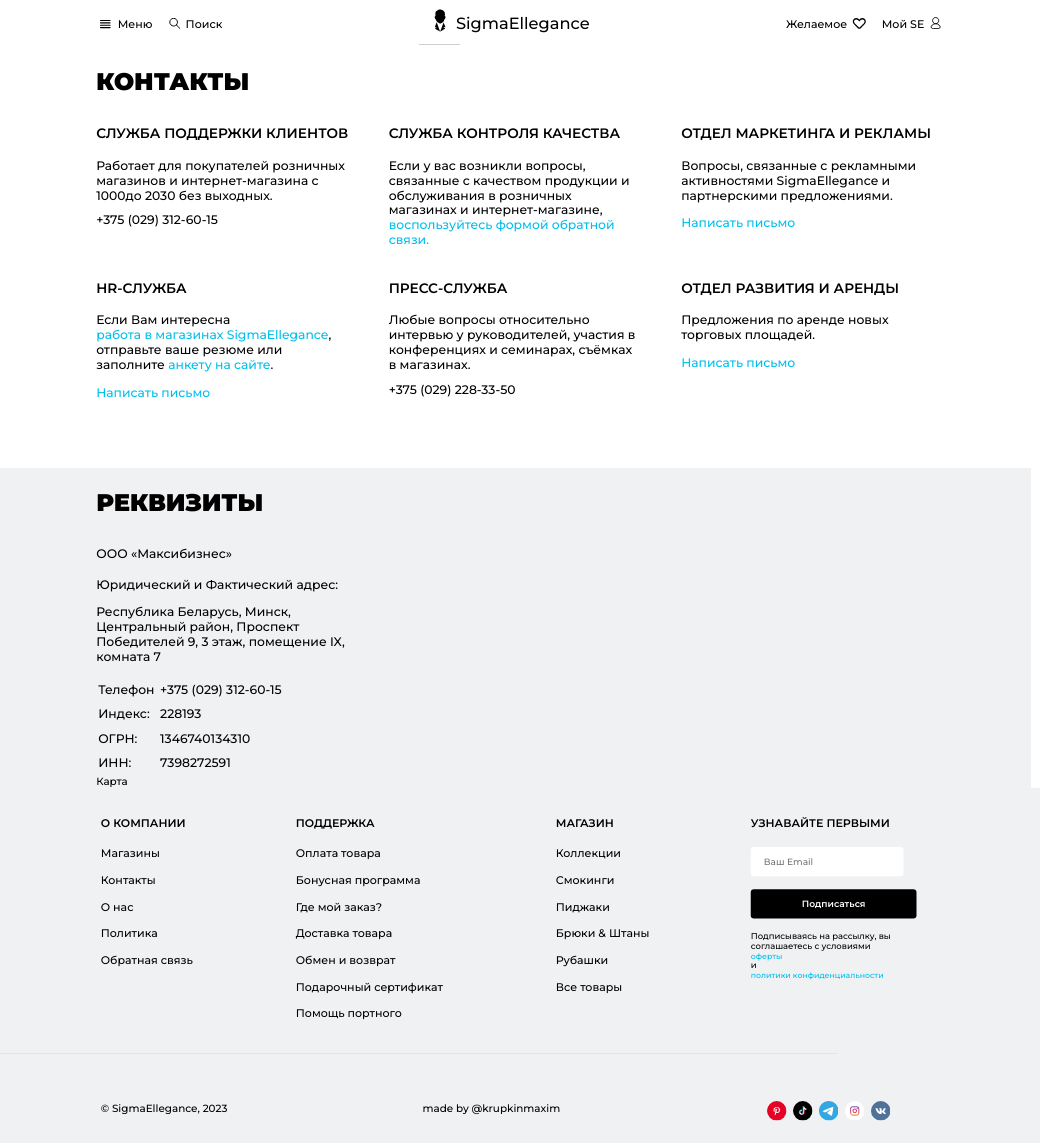
Repository: MaksimKrupkin/SigmaEllegance
Page: /contacts
An editor plug-in stored every save of this project. The page is shown before and after the next save, followed by the edit.
The browser window is 1280 px wide. The page is 1600 px wide, so the pictures cover 1600 px, including what lies to the right of the window. The pictures show the whole page, at 65% of full size.
Some web fonts or font styles are not loaded; a fallback is used. The project was rebuilt for these pictures with package versions that can differ from the ones it lists, and the page was loaded fresh each time. Also part of the build but not shown: src/Components/SideBar/SideBar.module.css, src/Components/SideBar/SideBar.jsx, src/Pages/HomePage.module.css, src/Components/SliderWrapper/SliderWrapper.module.css, src/Components/SliderCard/SliderCard.module.css, src/Components/SliderCard/SliderCard.jsx, src/Components/LeftArrow/LeftArrow.module.css, src/Components/LeftArrow/LeftArrow.jsx and 25 more.

Above is the page before, as saved 2023-12-18 18:02:52.

### public/index.html
<!DOCTYPE html>
<html lang="en">
  <head>
    <meta charset="utf-8" />

    <meta name="viewport" content="width=device-width, initial-scale=1" />

    <link rel="preconnect" href="https://fonts.googleapis.com" />
    <link rel="preconnect" href="https://fonts.gstatic.com" crossorigin />
    <link
      href="https://fonts.googleapis.com/css2?family=Roboto:wght@400;500;700&display=swap"
      rel="stylesheet" />
    <link
      href="https://fonts.googleapis.com/css2?family=Montserrat:ital,wght@0,300;0,500;0,600;0,900;1,400;1,500&family=Roboto:wght@400;500;700&display=swap"
      rel="stylesheet" />
    <link rel="preconnect" href="https://fonts.googleapis.com" />
    <link rel="preconnect" href="https://fonts.gstatic.com" crossorigin />
    <link
      href="https://fonts.googleapis.com/css2?family=Montserrat:wght@300&family=Roboto:wght@400;500;700&display=swap"
      rel="stylesheet" />
    <link href="https://fonts.cdnfonts.com/css/montserrat" rel="stylesheet" />
    <title>SigmaEllegance</title>
  </head>
  <body>
    <div id="root"></div>
  </body>
</html>

### src/index.js
import React from 'react';
import ReactDOM from 'react-dom/client';
import App from './App';
import { BrowserRouter } from 'react-router-dom';

const root = ReactDOM.createRoot(document.getElementById('root'));
root.render(
  <React.StrictMode>
    <BrowserRouter>
      <App />
    </BrowserRouter>
  </React.StrictMode>,
);

### src/App.js
import Header from './Components/Header/Header';
import HomePage from './Pages/HomePage';
import styles from './App.module.css';
import GoodsPage from './Pages/GoodsPage/GoodsPage';
import OpenGoodPage from './Pages/OpenGoodPage/OpenGoodPage';
import Footer from './Components/Footer/Footer';
import { BrowserRouter, Route, Routes } from 'react-router-dom';
import AboutUs from './Pages/AboutUs/AboutUs';
import SearchPage from './Pages/SearchPage/SearchPage';
import React from 'react';
import { useState } from 'react';
import { useParams } from 'react-router-dom';
import Contacts from './Pages/Contacts/Contacts';
function App() {
  const { category, id } = useParams();
  return (
    <div className={styles.container}>
      <Header />
      <Routes>
        <Route path="/" element={<HomePage />} />
        <Route path="/goodspage/" element={<GoodsPage />} />
        <Route path="/goodspage/:category" element={<GoodsPage />} />
        <Route path="/goodspage/:category/:id" element={<OpenGoodPage />} />
        <Route path="/opengoodspage" element={<OpenGoodPage />} />
        <Route path="/opengoodspage/:category/:id" element={<OpenGoodPage />} />
        <Route path="/aboutUsPage" element={<AboutUs />} />
        <Route path="/searchPage" element={<SearchPage />} />
        <Route path="/contacts" element={<Contacts />} />
      </Routes>

      <Footer />
    </div>
  );
}

export default App;

### src/Components/Header/Header.jsx
import React from 'react';
import { useState } from 'react';
import { Link } from 'react-router-dom';
import styles from './Header.module.css';
import logo from '../../assets/img/logo.svg';
import icon1 from '../../assets/img/Icon1.svg';
import icon2 from '../../assets/img/icon2.svg';
import icon3 from '../../assets/img/icon3.svg';
import icon4 from '../../assets/img/icon4.svg';
import SideBar from '../SideBar/SideBar';

function Header() {
  const [toggleMenu, setToggleMenu] = useState(false);
  const HandleToggle = () => {
    setToggleMenu(!toggleMenu);
  };
  console.log(toggleMenu);
  return (
    <header className={styles.header}>
      <div className={styles.left_part}>
        <div onClick={HandleToggle} className={styles.menu}>
          <img className={styles.icon1} src={icon1} alt="" />
          <p>Меню</p>
        </div>
        {toggleMenu && <SideBar HandleToggle={HandleToggle} />}

        <Link to="/searchPage" className={styles.search}>
          <img className={styles.icon2} src={icon2} alt="" />
          <p>Поиск</p>
        </Link>
      </div>
      <Link to="/" className={styles.logo_part}>
        <img className={styles.logo} src={logo} alt="" />
        <p>SigmaEllegance</p>
      </Link>
      <div className={styles.right_part}>
        <a className={styles.liked}>
          <p>Желаемое</p>
          <img className={styles.icon3} src={icon3} alt="" />
        </a>
        <a className={styles.purchases}>
          <p>Мой SE</p>
          <img className={styles.icon4} src={icon4} alt="" />
        </a>
      </div>
    </header>
  );
}

export default Header;

### src/App.module.css
body {
  font-family: 'Montserrat', sans-serif;
  display: block;
  margin: 0 auto;
  padding: 0;
  width: 100%;
  position: relative;
  overflow-x: hidden;
}
.container {
  width: 1600px;
  display: block;
  margin: 0 auto;
}

*,
*::before,
*::after {
  box-sizing: border-box;
}

/* Links */

a,
a:link,
a:visited {
  text-decoration: none;
}

a:hover {
  text-decoration: none;
}

/* Common */

aside,
nav,
header,
section,
main {
  display: block;
}

h1,
h2,
h3,
h4,
h5,
h6,
p {
  font-size: inherit;
  font-weight: inherit;
}

ul,
ul li {
  list-style: none;
}

img {
  vertical-align: top;
}

img,
svg {
  max-width: 100%;
  height: auto;
}

address {
  font-style: normal;
}

/* Form */

input,
textarea,
button,
select {
  font-family: inherit;
  font-size: inherit;
  color: inherit;
  background-color: transparent;
}

input::-ms-clear {
  display: none;
}

button,
input[type='submit'] {
  display: inline-block;
  box-shadow: none;
  background-color: transparent;
  background: none;
  cursor: pointer;
}

input:focus,
input:active,
button:focus,
button:active {
  outline: none;
}

button::-moz-focus-inner {
  padding: 0;
  border: 0;
}

label {
  cursor: pointer;
}

legend {
  display: block;
}

### src/Components/Footer/Footer.jsx
import React from 'react';
import icon1 from '../../assets/img/pint.svg';
import icon2 from '../../assets/img/TT.svg';
import icon3 from '../../assets/img/TG.svg';
import icon4 from '../../assets/img/IG.svg';
import icon5 from '../../assets/img/VK.svg';
import styles from './Footer.module.css';

export default function Footer() {
  return (
    <footer className={styles.footer}>
      <div className={styles.column_1}>
        <a className={styles.column_title}>О компании</a>
        <a className={styles.column_item}> Магазины</a>
        <a className={styles.column_item}>Контакты</a>
        <a className={styles.column_item}>О нас</a>
        <a className={styles.column_item}>Политика</a>
        <a className={styles.column_item}>Обратная связь</a>
      </div>
      <div className={styles.column_2}>
        <a className={styles.column_title}>Поддержка</a>
        <a className={styles.column_item}> Оплата товара</a>
        <a className={styles.column_item}>Бонусная программа</a>
        <a className={styles.column_item}>Где мой заказ?</a>
        <a className={styles.column_item}>Доставка товара</a>
        <a className={styles.column_item}>Обмен и возврат</a>
        <a className={styles.column_item}>Подарочный сертификат</a>
        <a className={styles.column_item}>Помощь портного</a>
      </div>
      <div className={styles.column_3}>
        <a className={styles.column_title}>Магазин</a>
        <a className={styles.column_item}> Коллекции</a>
        <a className={styles.column_item}>Смокинги</a>
        <a className={styles.column_item}>Пиджаки</a>
        <a className={styles.column_item}>Брюки & Штаны</a>
        <a className={styles.column_item}>Рубашки</a>
        <a className={styles.column_item}>Все товары</a>
      </div>
      <div className={styles.footer_form}>
        <div className={styles.footer_form_title}>Узнавайте первыми</div>
        <form action={styles.text}>
          <input className={styles.footer_form_email} type="text" placeholder="Ваш Email" />
        </form>
        <div className={styles.footer_button}>
          <div className={styles.footer_link}>Подписаться</div>
        </div>
        <div className={styles.policy}>
          Подписываясь на рассылку, вы соглашаетесь с условиями{' '}
          <a href="" className={styles.policy_link}>
            оферты
          </a>{' '}
          и <a className={styles.policy_link}>политики конфиденциальности</a>{' '}
        </div>
      </div>
      <div className={styles.footer_border}>
        <img src="/img/Border.svg" alt="" />
      </div>
      <div className={styles.sigma_corp}>© SigmaEllegance, 2023</div>
      <div className={styles.made_by}>made by @krupkinmaxim</div>
      <div className={styles.social_networks}>
        <img className={styles.pintrest} src={icon1} alt="" />
        <img className={styles.tik_tok} src={icon2} alt="" />
        <img className={styles.telegram} src={icon3} alt="" />
        <img className={styles.instagram} src={icon4} alt="" />
        <img className={styles.vk} src={icon5} alt="" />
      </div>
    </footer>
  );
}

### src/Pages/Contacts/Contacts.jsx
import React from 'react';
import { Link } from 'react-router-dom';
import styles from './Contacts.module.css';

export default function Contacts() {
  return (
    <div className={styles.container}>
      <div className={styles.top_part}>
        <h2 className={styles.title}>Контакты</h2>
        <div className={styles.paragraphs}>
          <div className={styles.item}>
            <div className={styles.subtitle}>служба поддержки клиентов</div>
            <div className={styles.text}>
              Работает для покупателей розничных магазинов и интернет-магазина с 1000до 2030 без
              выходных.
            </div>
            <span className={styles.phoneNumber}>+375 (029) 312-60-15</span>
          </div>
          <div className={styles.item}>
            <div className={styles.subtitle}>служба контроля качества</div>
            <div className={styles.text}>
              Если у вас возникли вопросы, связанные с качеством продукции и обслуживания в
              розничных магазинах и интернет-магазине,
              <Link className={styles.link}> воспользуйтесь формой обратной связи.</Link>
            </div>
          </div>
          <div className={styles.item}>
            <div className={styles.subtitle}>Отдел маркетинга и рекламы</div>
            <div className={styles.text}>
              Вопросы, связанные с рекламными активностями SigmaEllegance и партнерскими
              предложениями.
            </div>
            <br />
            <Link className={styles.link}>Написать письмо</Link>
          </div>
          <div className={styles.item}>
            <div className={styles.subtitle}>HR-служба</div>
            <div className={styles.text}>
              Если Вам интересна{' '}
              <Link className={styles.link}>работа в магазинах SigmaEllegance</Link>, отправьте ваше
              резюме или заполните <Link className={styles.link}>анкету на сайте</Link>.
            </div>
            <br />
            <Link className={styles.link}>Написать письмо</Link>
          </div>
          <div className={styles.item}>
            <div className={styles.subtitle}>Пресс-служба</div>
            <div className={styles.text}>
              Любые вопросы относительно интервью у руководителей, участия в конференциях и
              семинарах, съёмках в магазинах.
            </div>
            <span className={styles.phoneNumber}>+375 (029) 228-33-50</span>
          </div>
          <div className={styles.item}>
            <div className={styles.subtitle}>Отдел развития и аренды</div>
            <div className={styles.text}>Предложения по аренде новых торговых площадей.</div>
            <br />
            <Link className={styles.link}>Написать письмо</Link>
          </div>
        </div>
      </div>
      <div className={styles.bottom_part}>
        <div className={styles.bottom_part_container}>
          <h2 className={styles.title}>Реквизиты</h2>
          <div className={styles.leftPart}>
            <p className={styles.leftPart_subtitle}>ООО «Максибизнес»</p>

            <p>Юридический и Фактический адрес:</p>
            <p>
              Республика Беларусь, Минск, Центральный район, Проспект Победителей 9, 3 этаж,
              помещение IX, комната 7
            </p>
            <table className={styles.table}>
              <tr>
                <td className={styles.first_row}>Телефон</td>
                <td className={styles.second_row}>+375 (029) 312-60-15</td>
              </tr>
              <tr>
                <td className={styles.first_row}>Индекс:</td>
                <td className={styles.second_row}>228193</td>
              </tr>
              <tr>
                <td className={styles.first_row}>ОГРН:</td>
                <td className={styles.second_row}>1346740134310</td>
              </tr>
              <tr>
                <td className={styles.first_row}>ИНН:</td>
                <td className={styles.second_row}>7398272591</td>
              </tr>
            </table>
          </div>
          <div className={styles.rightPart}>Карта</div>
        </div>
      </div>
    </div>
  );
}

### src/Components/Header/Header.module.css
.header {
  font-family: 'Montserrat', sans-serif;
  margin: 0 auto;
  width: 100%;
  height: 10vh;
  display: flex;
  justify-content: space-around;
  align-items: center;
}

.left_part {
  display: flex;
  justify-content: space-between;
  align-items: center;
  gap: 25px;
  color: #000;
  margin-bottom: -2px;

  font-family: Montserrat;
  font-size: 17px;
  font-style: normal;
  font-weight: 500;
  line-height: normal;
}
.menu {
  display: flex;
  justify-content: space-between;
  align-items: center;
  gap: 8px;
  cursor: pointer;
}
.menu:hover {
  color: rgb(80, 77, 77);
}
.icon1 {
  width: 22px;
  height: 22px;
  margin-bottom: 1px;
}
.search {
  display: flex;
  justify-content: space-between;
  align-items: center;
  gap: 8px;
  cursor: pointer;
  color: black;
}

.search:hover {
  color: rgb(80, 77, 77);
}
.icon2 {
  width: 18px;
  height: 18px;
  margin-bottom: 3px;
}

.logo_part {
  margin-bottom: 3px;
  display: flex;
  justify-content: space-between;
  align-items: center;

  color: #000;

  font-family: Montserrat;
  font-size: 25px;
  font-style: normal;
  font-weight: 400;
  line-height: normal;
  cursor: pointer;
}

.logo {
  width: 67.375px;
  height: 69.103px;
  flex-shrink: 0;
  margin-right: -10px;
}
.right_part {
  margin-bottom: -2px;
  display: flex;
  justify-content: space-between;
  align-items: center;
  gap: 23px;
  font-family: Montserrat;
  font-size: 17px;
  font-style: normal;
  font-weight: 500;
  line-height: normal;
}

.liked {
  display: flex;
  justify-content: space-between;
  align-items: center;
  gap: 8px;
  cursor: pointer;
}
.liked:hover {
  color: rgb(80, 77, 77);
}
.icon3 {
  width: 22px;
  height: 22px;
  margin-bottom: 3px;
}

.purchases {
  display: flex;
  justify-content: space-between;
  align-items: center;
  gap: 8px;
  cursor: pointer;
}
.purchases:hover {
  color: rgb(80, 77, 77);
}

.icon4 {
  width: 19px;
  height: 19px;
  margin-bottom: 3px;
}

### src/Components/Footer/Footer.module.css
.footer {
  background-color: #eff1f3;
  width: 1600px;
  height: 547px;
  position: absolute;
  overflow-y: hidden;
}
a {
  display: block;
}

.column_1 {
  position: absolute;
  top: 45px;
  left: 155px;
}

.column_2 {
  position: absolute;
  top: 45px;
  left: 455px;
}

.column_3 {
  position: absolute;
  top: 45px;
  left: 855px;
}
.column_title {
  font-style: normal;
  font-weight: 600;
  font-size: 17px;
  line-height: 21px;
  text-transform: uppercase;
  color: #000000;
  margin-bottom: 25px;
}

.column_item {
  font-family: 'Montserrat';
  font-style: normal;
  font-weight: 400;
  font-size: 17px;
  line-height: 21px;
  color: #000000;
  margin-bottom: 20px;
  cursor: pointer;
}

.footer_form {
  position: absolute;
  top: 45px;
  left: 1155px;
}

.footer_form_title {
  font-style: normal;
  font-weight: 600;
  font-size: 17px;
  line-height: 21px;
  text-transform: uppercase;
  color: #000000;
  margin-bottom: 25px;
}
.footer {
  opacity: 1;
}
.footer_form_email {
  width: 235px;
  height: 45px;
  background-color: white;
  border: none;
  border-radius: 5px;
  font-style: normal;
  font-weight: 400;
  font-size: 14px;
  line-height: 17px;
  padding-left: 20px;
  color: rgba(0, 0, 0, 0.4);
}
.footer_form_email:focus {
  border: 2px solid black;
}

.footer_button {
  margin-top: 20px;
  margin-bottom: 20px;
  width: 255px;
  background-color: #000000;
  border-radius: 5px;
  text-align: center;
  font-style: normal;
  font-weight: 600;
  font-size: 14px;
  line-height: 45px;
  color: #ffffff;
  cursor: pointer;
}
.footer_link {
  color: #ffffff;
}

.policy {
  width: 254px;
  font-style: normal;
  font-weight: 400;
  font-size: 13px;
  line-height: 15px;
  color: #000000;
}
.policy_link {
  font-style: normal;
  font-weight: 400;
  font-size: 12px;
  line-height: 15px;
  color: #00bfed;
}

.footer_border {
  position: absolute;
  bottom: 120px;
}

.sigma_corp {
  position: absolute;
  left: 155px;
  bottom: 45px;

  font-weight: 500;
}

.made_by {
  position: absolute;
  left: 650px;
  bottom: 45px;
  font-weight: 500;
}

.social_networks {
  position: absolute;
  left: 1180px;
  bottom: 35px;
}
.pintrest {
  width: 30px;
  height: 30px;
  margin-right: 10px;
  transition: all 0.1s ease-in;
  cursor: pointer;
}
.pintrest:hover {
  width: 35px;
  height: 35px;
  transform: translateY(-3px);
}
.tik_tok {
  width: 30px;
  height: 30px;
  margin-right: 10px;
  transition: all 0.1s ease-in;
  cursor: pointer;
}
.tik_tok:hover {
  width: 35px;
  height: 35px;
  transform: translateY(-3px);
}
.telegram {
  width: 30px;
  height: 30px;
  margin-right: 10px;
  transition: all 0.1s ease-in;
  cursor: pointer;
}
.telegram:hover {
  width: 35px;
  height: 35px;
  transform: translateY(-3px);
}
.instagram {
  width: 30px;
  height: 30px;
  margin-right: 10px;
  transition: all 0.1s ease-in;
  cursor: pointer;
}
.instagram:hover {
  width: 35px;
  height: 35px;
  transform: translateY(-3px);
}
.vk {
  width: 30px;
  height: 30px;
  margin-right: 10px;
  transition: all 0.1s ease-in;
  cursor: pointer;
}
.vk:hover {
  width: 35px;
  height: 35px;
  transform: translateY(-3px);
}

### src/Pages/Contacts/Contacts.module.css
.container {
  width: 1586px;

  display: flex;
  flex-direction: column;
  justify-content: center;
  align-items: center;
  gap: 50px;
}
.top_part {
  width: 1290px;
  height: 83vh;
}
.title {
  color: #000;
  font-family: Montserrat;
  font-size: 37px;
  font-style: normal;
  font-weight: 700;
  line-height: normal;
  text-transform: uppercase;
  margin-bottom: 45px;
}
.paragraphs {
  display: flex;
  justify-content: space-between;
  align-items: top;
  flex-wrap: wrap;
  gap: 50px;
}
.item {
  width: 390px;
}
.subtitle {
  color: #000;

  font-family: Montserrat;
  font-size: 21px;
  font-style: normal;
  font-weight: 600;
  line-height: normal;
  text-transform: uppercase;
  margin-bottom: 25px;
}
.text {
  color: #000;

  font-family: Montserrat;
  font-size: 19px;
  font-style: normal;
  font-weight: 400;
  line-height: normal;
}
.phoneNumber {
  display: block;
  margin-top: 15px;
  color: #000;

  font-family: Montserrat;
  font-size: 19px;
  font-style: normal;
  font-weight: 500;
  line-height: normal;
}
.link {
  display: inline-block;
  color: #00bfed;
  font-family: Montserrat;
  font-size: 19px;
  font-style: normal;
  font-weight: 400;
  line-height: normal;
}

.bottom_part {
  width: 1586px;
  background-color: #eff1f3;
  display: flex;
  justify-content: center;
}
.bottom_part_container {
  width: 1290px;
}
.leftPart {
  width: 410px;
  color: #000;

  font-family: Montserrat;
  font-size: 19px;
  font-style: normal;
  font-weight: 400;
  line-height: normal;
}
.leftPart_subtitle {
  margin-bottom: 25px;
}
.table {
  width: 298px;
  height: 152px;
}
.first_row {
  color: #000;

  font-family: Montserrat;
  font-size: 19px;
  font-style: normal;
  font-weight: 400;
  line-height: normal;
}
.second_row {
  color: #000;

  font-family: Montserrat;
  font-size: 19px;
  font-style: normal;
  font-weight: 500;
  line-height: normal;
}

After the next save:
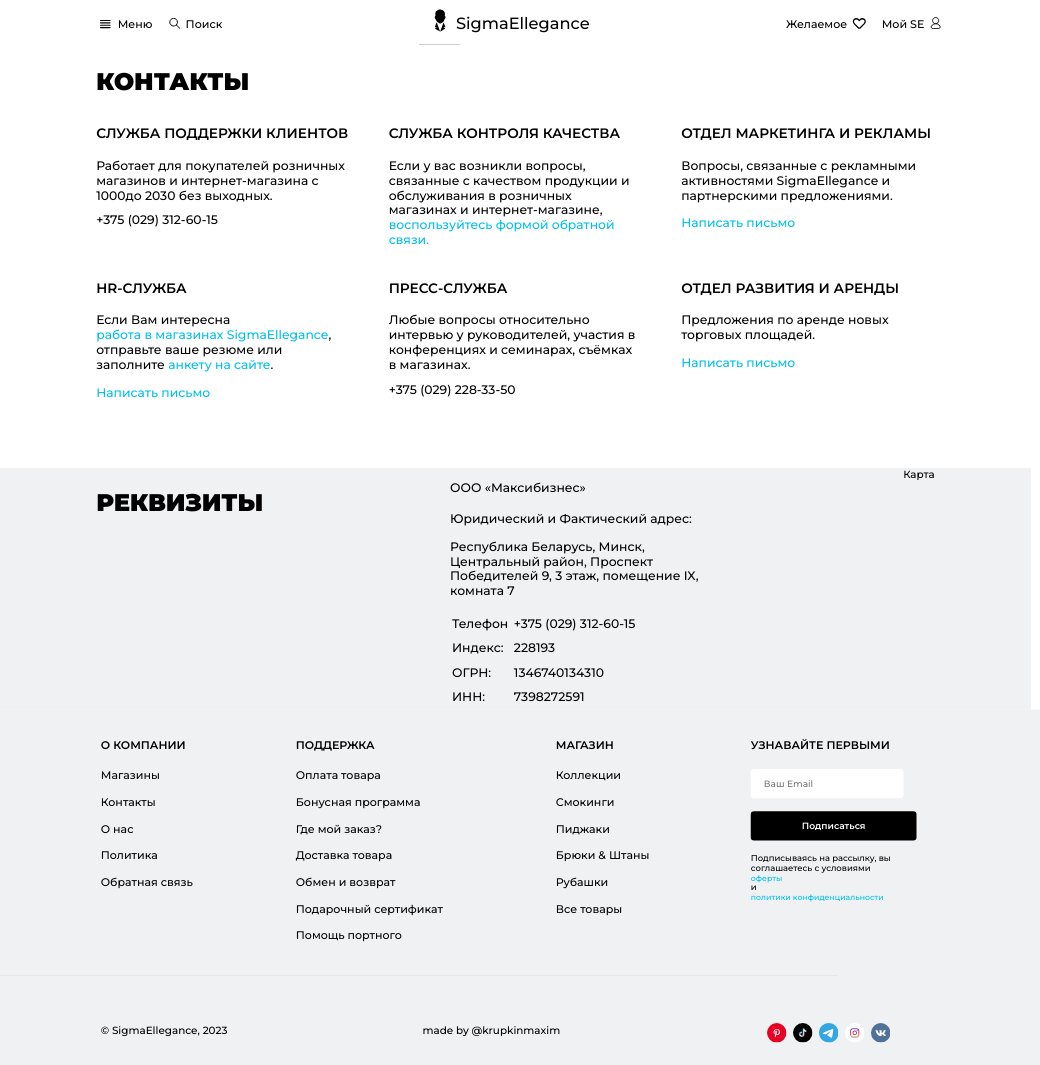
Saved 45 s later.
--- a/src/Pages/Contacts/Contacts.module.css
+++ b/src/Pages/Contacts/Contacts.module.css
@@ -80,6 +80,9 @@
 }
 .bottom_part_container {
   width: 1290px;
+  display: flex;
+  justify-content: space-between;
+  align-items: start;
 }
 .leftPart {
   width: 410px;
